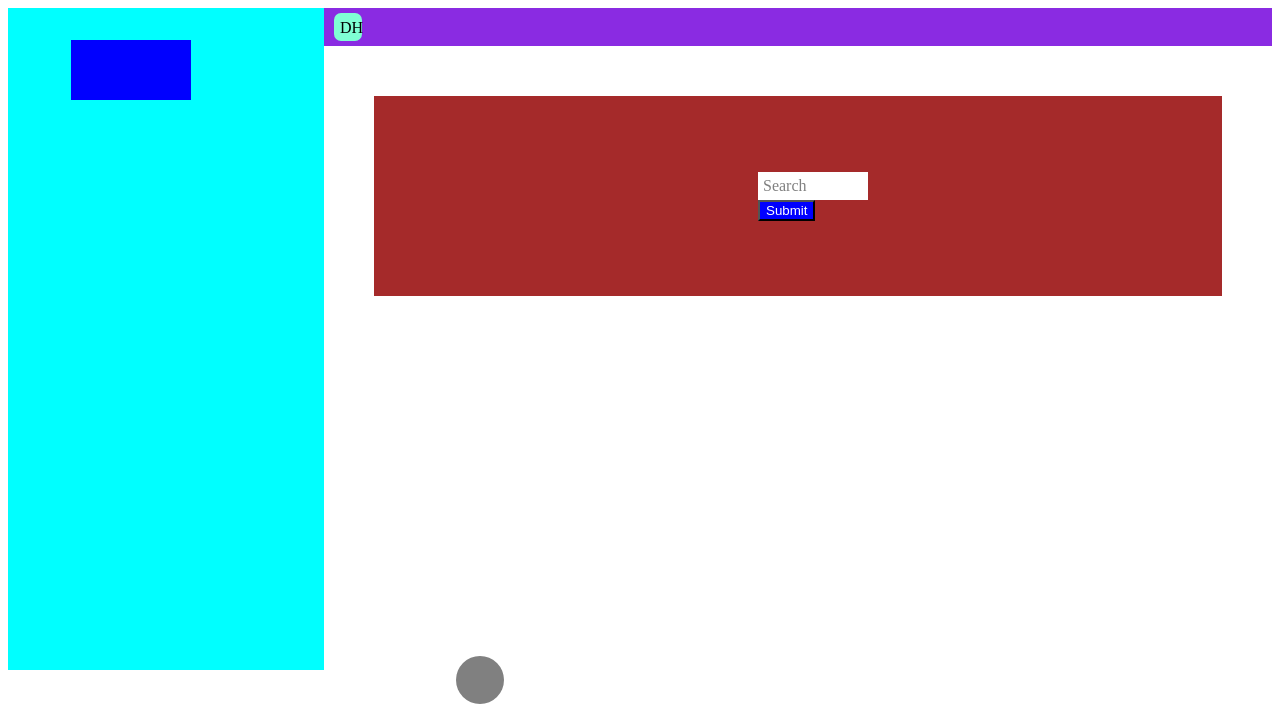
Repository: tr2cky/barrage
Page: index.html
The author's editor kept a copy of each file at every save. The page is drawn from the files as they stood at one save, then again after a run of saves.
The browser window is 1280 px wide. The pictures show the whole page.

Above is the page before, as saved 2022-10-03 13:57:36.

After the next 8 saves:
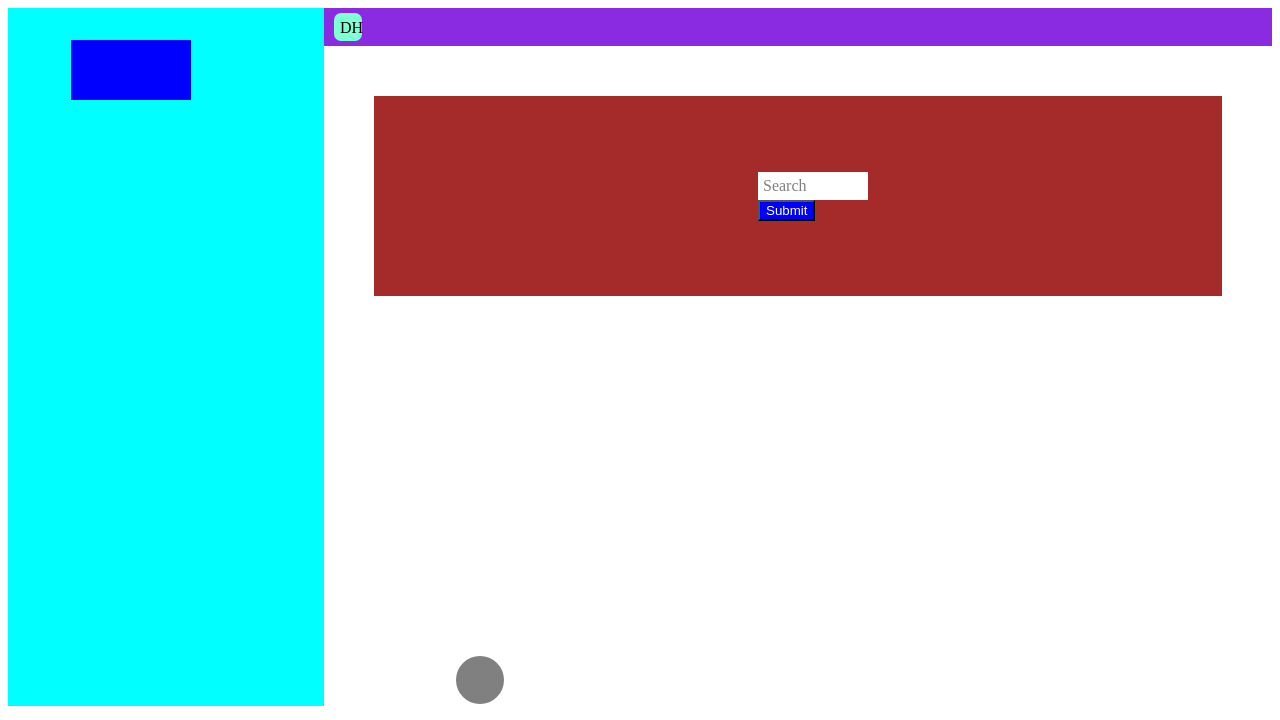
The 8 saves are shown as one change because they came seconds apart.
The last was saved 31 s later.
--- a/style.css
+++ b/style.css
@@ -4,7 +4,7 @@
 }
 .side {
     background-color: aqua;
-    height: 92vh;
+    height: 97vh;
 }
 .box1 {
     background-color: blue;
